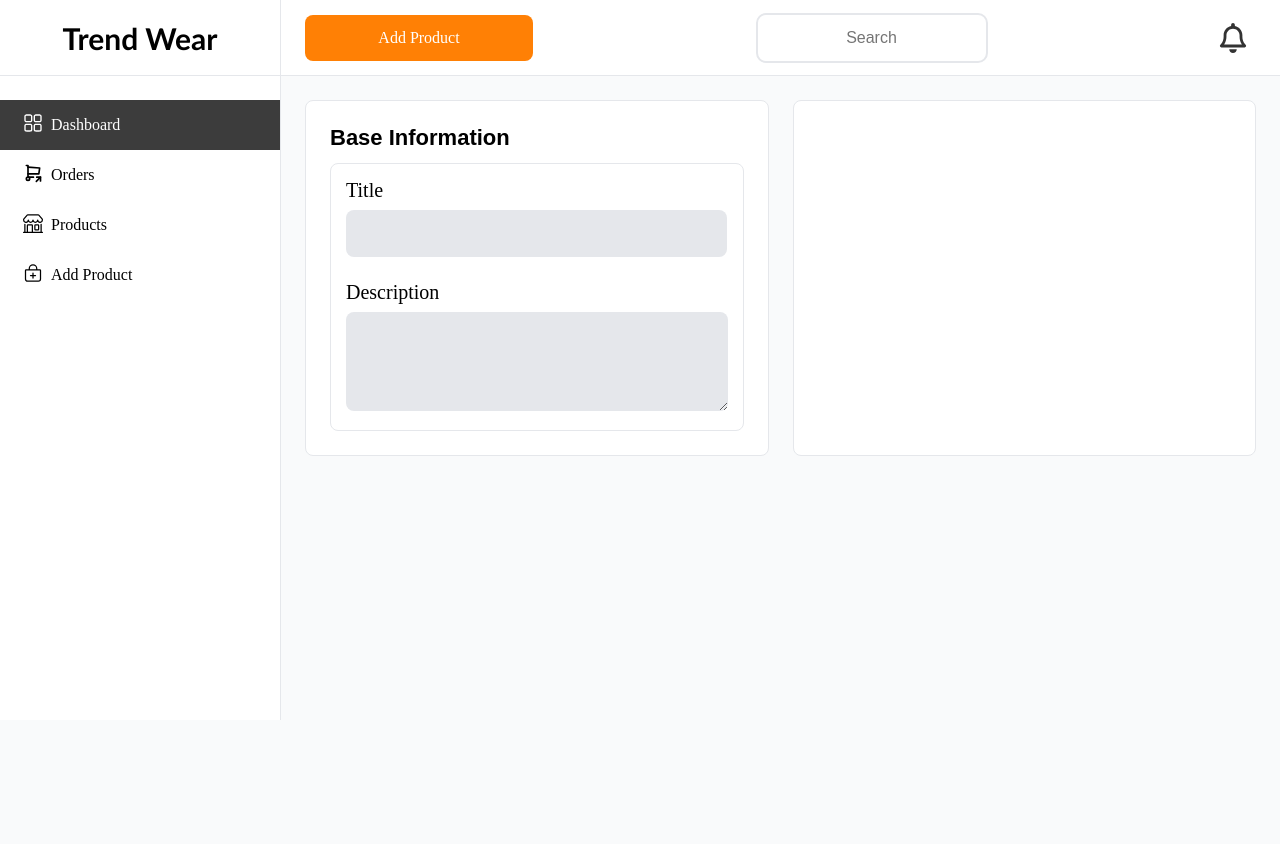
Repository: ahmad-dev7/TrendWear
Page: / (app in trend_wear_dashboard/)
An editor plug-in stored every save of this project. The page is shown before and after the next save, followed by the edit.
The browser window is 1280 px wide. The pictures show the whole page.
The project was rebuilt for these pictures with package versions that can differ from the ones it lists, and the page was loaded fresh each time. Also part of the build but not shown: trend_wear_dashboard/vite.config.ts.

Above is the page before, as saved 2025-01-20 03:09:30.

After the next save:
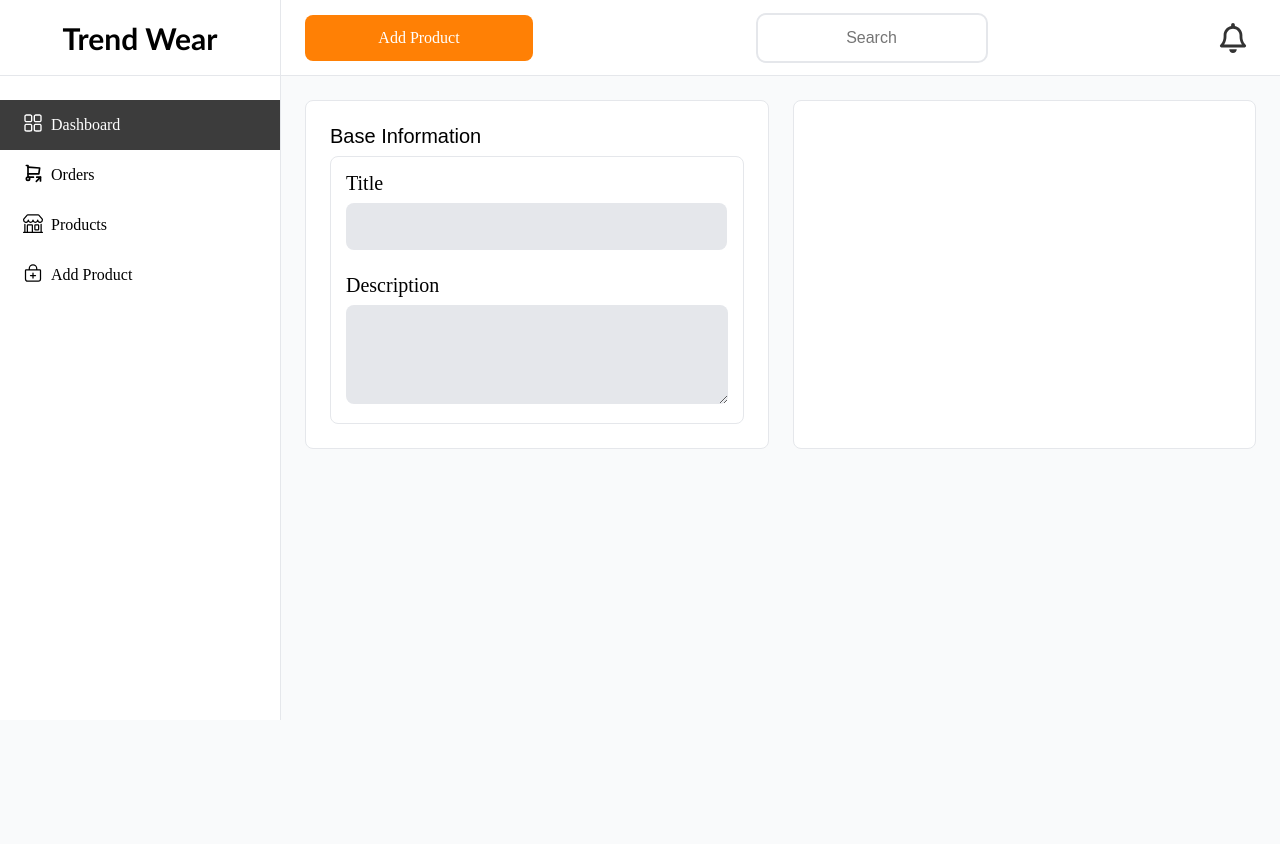
Saved 2 min 22 s later.
--- a/trend_wear_dashboard/src/Components/AddProduct/ProductDetails.tsx
+++ b/trend_wear_dashboard/src/Components/AddProduct/ProductDetails.tsx
@@ -1,20 +1,21 @@
 import "./ProductDetails.css";
 import Spacer from "../../Constants/Spacer";
-import DetailSectionContainer from "../../Constants/ProductDetailSection/DetailsSectionContainer";
+import DetailsSectionContainer from "../../Constants/ProductDetailSection/DetailsSectionContainer";
 
 const ProductDetails = () => {
   return (
     <>
       <div className="product-detail-container">
-        <p className="heading">Base Information</p>
-        <Spacer height="12px" />
-        <div className="container">
+        <DetailsSectionContainer heading="Base Information">
           <p className="title">Title</p>
           <input className="title-input" type="text" />
           <Spacer height="24px" />
           <p className="description">Description</p>
           <textarea className="description-input" />
-        </div>
+        </DetailsSectionContainer>
+        {/* <p className="heading">Base Information</p>
+        <Spacer height="12px" />
+        <div className="container"></div> */}
       </div>
     </>
   );
